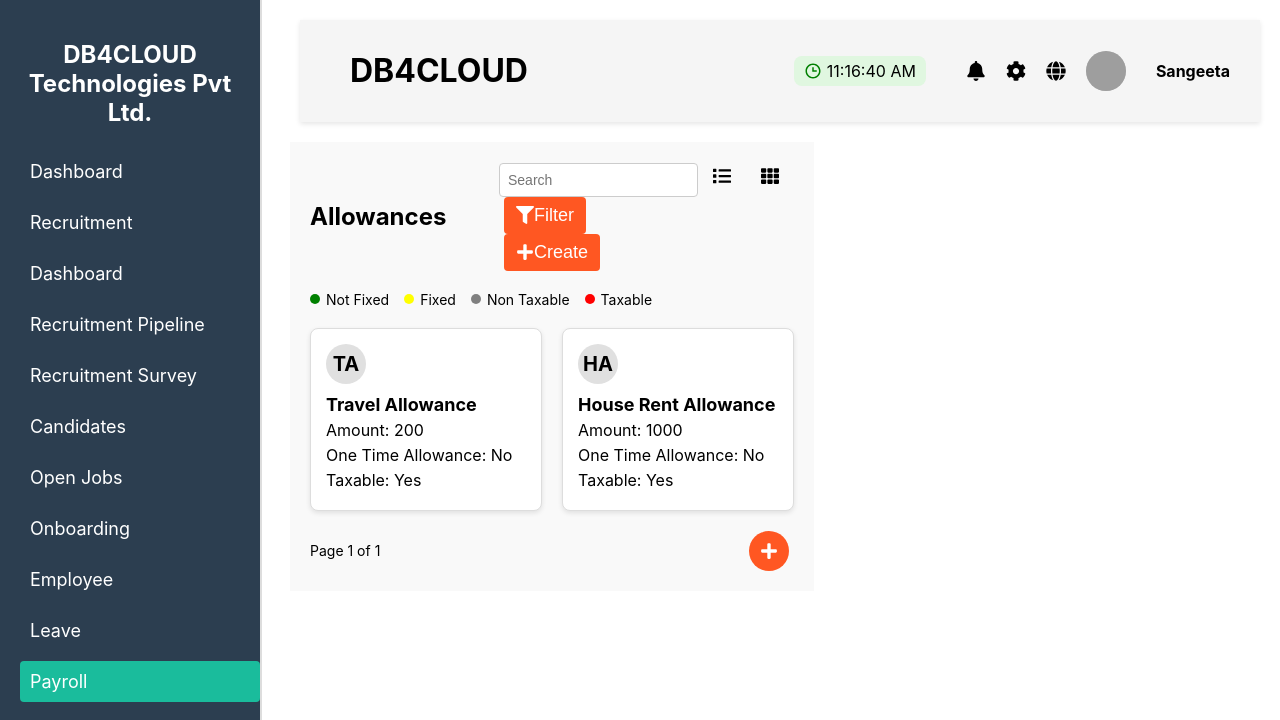
Repository: tinu-ns/Dev-code
Page: /payroll/allowances (app in HRMS-DEMO-Sang/hrms/)
The author's editor kept a copy of each file at every save. The page is drawn from the files as they stood at one save, then again after the next save.
The browser window is 1280 px wide. The pictures show the whole page.
Pictures or frames that could not be fetched are drawn as grey boxes. The project was rebuilt for these pictures with package versions that can differ from the ones it lists, and the page was loaded fresh each time. Also part of the build but not shown: HRMS-DEMO-Sang/hrms/src/components/Dashboard.js, HRMS-DEMO-Sang/hrms/src/components/Recruitment/RecruitmentDashboard.js, HRMS-DEMO-Sang/hrms/src/components/Recruitment/RecruitmentPipeline.js, HRMS-DEMO-Sang/hrms/src/components/Payroll/Contract.js, HRMS-DEMO-Sang/hrms/src/components/Payroll/Deductions.js, HRMS-DEMO-Sang/hrms/src/components/Payroll/Payslips.js, HRMS-DEMO-Sang/hrms/src/components/Payroll/PayrollDashboard.js, HRMS-DEMO-Sang/hrms/src/components/MainContent.css and 3 more.

Above is the page before, as saved 2024-11-06 16:23:11.

### HRMS-DEMO-Sang/hrms/src/App.js
import React from 'react';
import { BrowserRouter as Router, Route, Routes, Navigate } from 'react-router-dom';
import Sidebar from './components/Sidebar';
import Dashboard from './components/Dashboard';
import RecruitmentDashboard from './components/Recruitment/RecruitmentDashboard';
import RecruitmentPipeline from './components/Recruitment/RecruitmentPipeline';
import Allowances from './components/Payroll/Allowances';
import Contract from './components/Payroll/Contract';
import Deductions from './components/Payroll/Deductions';
import Payslips from './components/Payroll/Payslips';
import PayrollDashboard from './components/Payroll/PayrollDashboard';
import Header from './components/Header';
import MainContent from './components/MainContent';
import RightSidebar from './components/RightSidebar';

import './App.css';

function App() {
  return (
    <Router>
      <div className="app">
        <Sidebar />
        <div className="content-container">
          <Header />
          <div className="main-section">
            <Routes>
              {/* Main Dashboard Route */}
              <Route path="/" element={<><MainContent /><RightSidebar /></>} />
              <Route path="/dashboard" element={<Dashboard />} />

              {/* Recruitment Section */}
              <Route path="/recruitment/dashboard" element={<RecruitmentDashboard />} />
              <Route path="/recruitment/pipeline" element={<RecruitmentPipeline />} />

              {/* Payroll Section Routes */}
              <Route path="/payroll/payroll-dashboard" element={<PayrollDashboard />} />
              <Route path="/payroll/allowances" element={<Allowances />} />
              <Route path="/payroll/contract" element={<Contract />} />
              <Route path="/payroll/deductions" element={<Deductions />} />
              <Route path="/payroll/payslips" element={<Payslips />} />

              {/* Redirect unknown routes to main dashboard */}
              <Route path="*" element={<Navigate to="/" />} />
            </Routes>
          </div>
        </div>
      </div>
    </Router>
  );
}

export default App;

### HRMS-DEMO-Sang/hrms/src/components/Sidebar.js
import React, {useState} from "react";
import { NavLink } from "react-router-dom";

import "./Sidebar.css"
const Sidebar = () => {
  const [isPayrollOpen, setIsPayrollOpen] = useState(false);
  const togglePayrollMenu = () => {
    setIsPayrollOpen(!isPayrollOpen);
  };


  return (
    <div className="container">
    <div className="sidebar">
      <h2>DB4CLOUD Technologies Pvt Ltd.</h2>
      <ul className="sidebar-list">
      <li>
          <NavLink to="/dashboard" activeClassName="active">
            Dashboard
          </NavLink>
        </li>
        <li>
          <NavLink to="/recruitment" activeClassName="active">
            Recruitment
          </NavLink>
          <ul>
            <li><NavLink to="/recruitment/dashboard">Dashboard</NavLink></li>
            <li><NavLink to="/recruitment/pipeline">Recruitment Pipeline</NavLink></li>
            <li><NavLink to="/recruitment/survey">Recruitment Survey</NavLink></li>
            <li><NavLink to="/recruitment/candidates">Candidates</NavLink></li>
            <li><NavLink to="/recruitment/open-jobs">Open Jobs</NavLink></li>
          </ul>
        </li>
        {/* Add more items as needed */}
        <li>
          <NavLink to="/onboarding" activeClassName="active">
            Onboarding
          </NavLink>
        </li>
        <li>
          <NavLink to="/employee" activeClassName="active">
            Employee
          </NavLink>
        </li>
        <li>
          <NavLink to="/leave" activeClassName="active">
            Leave
          </NavLink>
        </li>
            {/* Payroll section */}
        <li>
          <NavLink to="/payroll" activeClassName="active" className="menu-toggle" onClick={togglePayrollMenu}>
            Payroll
          </NavLink>

          {isPayrollOpen && (
            <ul className="submenu">
              <li><NavLink to="/payroll/payroll-dashboard">Dashboard</NavLink></li>
              <li><NavLink to="/payroll/allowances">Allowances</NavLink></li>
              <li><NavLink to="/payroll/contract">Contracts</NavLink></li>
              <li><NavLink to="/payroll/deductions">Deductions</NavLink></li>
              <li><NavLink to="/payroll/payslips">Payslips</NavLink></li>
              <li><NavLink to="/payroll/payroll">Payroll</NavLink></li>
              <li><NavLink to="/payroll/loan-advance-salary">Loan / Advance Salary</NavLink></li>
              <li><NavLink to="/payroll/encashments-reimbursements">Encashments & Reimbursements</NavLink></li>
              <li><NavLink to="/payroll/federal-tax">Federal Tax</NavLink></li>
            </ul>
          )}
        </li>
        <li>
          <NavLink to="/performance" activeClassName="active">
            Performance
          </NavLink>
        </li>
        <li>
          <NavLink to="/offboarding" activeClassName="active">
            Offboarding
          </NavLink>
        </li>
        <li>
          <NavLink to="/assets" activeClassName="active">
            Assets
          </NavLink>
        </li>
        <li>
          <NavLink to="/help-desk" activeClassName="active">
            Help Desk
          </NavLink>
        </li>
        <li>
          <NavLink to="/configuration" activeClassName="active">
            Configuration
          </NavLink>
        </li>
      </ul>
    </div>

    </div>
  );
};

export default Sidebar;

### HRMS-DEMO-Sang/hrms/src/components/Header.js
import React, {useState,useEffect} from 'react'
import {FaBell, FaCog, FaGlobe, FaSignOutAlt} from 'react-icons/fa'
import {BiTime} from 'react-icons/bi'
import './Header.css'

const Header = () => {
    const [currentTime, setCurrentTime] = useState('')
    const [showDropdown, setShowDropdown] = useState(false);

    const getCurrentTime = () => {
        const now = new Date()
        return now.toLocaleTimeString()   // Returns time as HH:MM:SS
    }

// Update time every second
useEffect(() => {
    const timer = setInterval(() => {
      setCurrentTime(getCurrentTime());
    }, 1000); // Update every 1000ms (1 second)

    // Cleanup interval on component unmount
    return () => clearInterval(timer);
  }, []); // Empty dependency array to run only on mount/unmount


    const toggleDropdown = () => {
        setShowDropdown(!showDropdown)
    }


  return (
    <header className='bg-container'>
      <div className='header'>
        <div className="header-left">
        <button className='menu-button'></button>
        <h1>DB4CLOUD</h1>
        </div>

        <div className="header-right">
          {/*  <p>You cannot mark attendence from this network</p> */}

                {/* Time display*/ }
                <div className="time-box">
                    <BiTime className='time-icon' />
                    <span>{currentTime}</span>
                </div>

                {/*Icons for notificatins, settings, etc. */}
                <FaBell className='icon' title='Notifications' />
                <FaCog className="icon" title="Settings" />
                <FaGlobe className='icon' title='Language' />

                {/* User Profile with dropdown*/ }

                <div className="user-profile" onClick={toggleDropdown}>
                    <div className="user-avatar">
                    < img src="https://th.bing.com/th/id/OIP.Pgv1PargHCECE7gCB5kJ-wHaKx?rs=1&pid=ImgDetMain"
                alt="user-Avatar" className="avatar" />
                    </div>
                    <span className="user-name">Sangeeta</span>

{showDropdown && (
    <div className="dropdown">
        <ul>
            <li>Profile</li>
            <li>Setting</li>
            <li>
                <FaSignOutAlt /> Logout
            </li>
        </ul>
    </div>
)}

</div>

     {  /*      <div className="user-info">
                <span className='user-name'>Shalu</span>
                < img src="https://th.bing.com/th/id/OIP.Pgv1PargHCECE7gCB5kJ-wHaKx?rs=1&pid=ImgDetMain"
                alt="user-Avatar" className="avatar" />
            </div>
            */ }
        </div>


      </div>

    </header>
  )
}

export default Header

### HRMS-DEMO-Sang/hrms/src/App.css
.app{
  display: flex;
  height: 100vh;
  background-color: #f4f4f4;
}

.content-container{
  flex-grow: 1;
  padding: 20px;
  background-color: #fff;
  margin-left: 200px;
  display: flex;
  flex-direction: column;

}

.main-section{
  display: flex;
  justify-content: space-between;
  padding: 20px;
}


.sidebar {
  width: 220px;
  background-color: #2c3e50;
  position: fixed;
  height: 100vh;
}

### HRMS-DEMO-Sang/hrms/src/components/Sidebar.css
 .container{
    display: flex;
    height: 100vh;
    margin-right: 50px;
}

/*
.content{
    flex-grow: 1;
    padding: 20px;
    padding-left: 50px;

}  */

.sidebar {
    width: 220px;
    height: 100vh;
    background-color: #503f2c;
    padding: 20px;
    color: white;
    height: 100vh;
    position: fixed;
    border-right: 2px solid #ddd;
    overflow-y: auto;        /* Allows vertical scrolling */
    position: fixed;
    margin-right: 200px;        /* Keeps sidebar fixed on the left side */

  }



  .sidebar h2{
    text-align: center;
    margin-bottom: 30px;
    font-size: 24px;
  }

  .sidebar-list{
    list-style-type: none;
    padding: 0;
  }


  .sidebar-list li{
    margin-bottom: 15px;
  }

  .sidebar-list li a {
    color: white;
    text-decoration: none;
    font-size: 18px;
    padding: 10px;
    border-radius: 4px;
    display: block;
  }

  .sidebar-list li a:hover{
    color: #1abc9c;
  }

  .sidebar-list li a.active{
    background-color: #1abc9c;
    color: white;
  }

  .sidebar {
    width: 250px;
    background-color: #2E3A46;
    color: #FFF;
    padding: 20px;
    height: 100vh;
  }

  .sidebar h2 {
    font-size: 1.5em;
    margin-bottom: 1em;
  }

  .sidebar ul {
    list-style: none;
    padding: 0;
  }

  .sidebar li {
    margin: 10px 0;
  }

  .sidebar li ul {
    margin-top: 5px;
  }

  .sidebar a {
    color: #FFF;
    text-decoration: none;
  }

  .sidebar a:hover {
    text-decoration: underline;
  }

  .sidebar a.active {
    color: #20c997;
  }

  .sidebar ul li a:hover, .menu-toggle:hover {
    background-color: #34495e;
  }

  .menu-toggle {
    background: none;
    border: none;
    color: #ecf0f1;
    font-size: 1rem;
    text-align: left;
    cursor: pointer;
    width: 100%;
    padding: 10px;
  }

  .submenu {
    list-style-type: none;
    padding-left: 20px;
  }

  .submenu li a {
    padding-left: 20px;
    font-size: 0.9rem;
  }

### HRMS-DEMO-Sang/hrms/src/components/Recruitment/RecruitmentPipeline.css
.pipeline-container {
    padding: 20px;
    background-color: #f5f5f5;
    border-radius: 8px;
  }

  .pipeline-section {
    margin-top: 20px;
  }

  .pipeline-section h3 {
    background-color: #f8f9fa;
    padding: 10px;
    border-left: 5px solid #ffa500;
  }

  .recruitment-table {
    width: 100%;
    border-collapse: collapse;
  }

  .recruitment-table th,
  .recruitment-table td {
    padding: 10px;
    border-bottom: 1px solid #ddd;
    text-align: left;
  }

  .recruitment-table th {
    background-color: #f1f1f1;
  }

  button {
    padding: 5px 10px;
    margin: 0 5px;
    border: none;
    border-radius: 4px;
    cursor: pointer;
  }

  button:hover {
    background-color: #ddd;
  }

### HRMS-DEMO-Sang/hrms/src/components/Payroll/Allowances.css
/* Overall container */
.allowances-container {
    padding: 20px;
    background-color: #f9f9f9;
  }

  /* Header Styling */
  .allowances-header {
    display: flex;
    justify-content: space-between;
    align-items: center;
    margin-bottom: 20px;
  }

  .allowances-header h2 {
    margin: 0;
    font-size: 24px;
    font-weight: bold;
  }

  /* Controls inside header */
  .header-controls {
    display: flex;
    align-items: center;
    gap: 15px;
  }

  .search-input {
    padding: 8px;
    border: 1px solid #ccc;
    border-radius: 4px;
    font-size: 14px;
  }

  .view-toggle,
  .filter-btn,
  .create-btn {
    background: none;
    border: none;
    font-size: 18px;
    cursor: pointer;
  }

  .filter-btn,
  .create-btn {
    display: flex;
    align-items: center;
    padding: 8px 12px;
    background-color: #ff5722;
    color: white;
    border-radius: 4px;
    cursor: pointer;
  }

  /* Status indicators (dots) */
  .status-indicators {
    display: flex;
    gap: 15px;
    font-size: 14px;
    margin-top: 10px;
    margin-bottom: 20px;
  }

  .dot {
    display: inline-flex;
    align-items: center;
  }

  .dot::before {
    content: '';
    display: inline-block;
    width: 10px;
    height: 10px;
    margin-right: 6px;
    border-radius: 50%;
  }

  .not-fixed::before {
    background-color: green;
  }

  .fixed::before {
    background-color: yellow;
  }

  .non-taxable::before {
    background-color: gray;
  }

  .taxable::before {
    background-color: red;
  }

  /* Card view and table view */
  .card-view {
    display: flex;
    gap: 20px;
    flex-wrap: wrap;
  }

  .allowance-card {
    background: white;
    border: 1px solid #ddd;
    border-radius: 8px;
    padding: 15px;
    width: 200px;
    box-shadow: 0 2px 5px rgba(0, 0, 0, 0.1);
  }

  .card-icon {
    font-size: 20px;
    font-weight: bold;
    background: #e0e0e0;
    width: 40px;
    height: 40px;
    display: flex;
    align-items: center;
    justify-content: center;
    border-radius: 50%;
    margin-bottom: 10px;
  }

  .card-content h3 {
    margin: 0;
    font-size: 18px;
  }

  .card-content p {
    margin: 5px 0;
  }

  /* Table styling */
  .list-view {
    background: white;
    border-radius: 8px;
    overflow: hidden;
    box-shadow: 0 2px 5px rgba(0, 0, 0, 0.1);
  }

  table {
    width: 100%;
    border-collapse: collapse;
  }

  table th,
  table td {
    padding: 12px;
    text-align: left;
    border-bottom: 1px solid #ddd;
  }

  /* Button styles */
  .edit-btn,
  .delete-btn {
    background: none;
    border: none;
    cursor: pointer;
    font-size: 16px;
    margin-right: 8px;
  }

  .edit-btn {
    color: #007bff;
  }

  .delete-btn {
    color: #ff5722;
  }

  /* Footer styling */
  .footer {
    display: flex;
    justify-content: space-between;
    align-items: center;
    padding-top: 20px;
  }

  .footer span {
    font-size: 14px;
  }

  .add-btn {
    background-color: #ff5722;
    color: white;
    font-size: 18px;
    width: 40px;
    height: 40px;
    border: none;
    border-radius: 50%;
    display: flex;
    align-items: center;
    justify-content: center;
    cursor: pointer;
  }

### HRMS-DEMO-Sang/hrms/src/components/Payroll/PayrollDashboard.css
/* PayrollDashboard.css */
.payroll-dashboard {
  padding: 20px;
}

.status-containers {
  display: flex;
  justify-content: space-between;
  margin-bottom: 20px;
}

.status-container {
  background-color: #f0f0f0;
  border: 1px solid #ccc;
  padding: 10px;
  text-align: center;
  width: 18%;
}

.paid {
  background-color: #d4edda;
}
.confirmed {
  background-color: #cce5ff;
}
.review {
  background-color: #fff3cd;
}
.draft {
  background-color: #f8d7da;
}


.export-buttons {
  display: flex;
  gap: 10px;
  padding: 10px;
  text-align: center;
  cursor: pointer;
  width: 100px;


}

.export{
    color: #28a745;
    font-size: 15px;
    padding: 10px 15px;
    font-weight: 700;
    cursor: pointer;
    font-size: 15px;
    background-color:  #e3e8eb;
    border-radius: 5px;
    border: none;
}

.export:hover {
    background-color: rgb(152, 225, 152);
  }

.export-form {
  margin-top: 20px;
  border: 1px solid #ccc;
  padding: 20px;
  background-color: #f9f9f9;
  border: 1px solid #ccc;
  border-radius: 5px;
  width: 40%;
  display: flex;
  flex-direction: column;
  box-shadow: 0px 4px 8px rgba(0, 0, 0, 0.1);
}

.form-row {
    display: flex;
    gap: 20px;
    margin-bottom: 10px;
  }

  .form-group {
    display: flex;
    flex-direction: column;
    flex: 1;
  }

  .form-group label {
    margin-bottom: 5px;
    font-size: 14px;
    color: #333;
    font-weight: bold;
  }

.export-form label {
  display: block;
  margin-bottom: 10px;
}

.export-form input,
.export-form select {
    padding: 8px;
  border: 1px solid #ccc;
  border-radius: 5px;
}

.export-form button {
  margin-top: 10px;
  padding: 10px;
  background-color: #28a745;
  color: white;
  border: none;
  cursor: pointer;
}

.submit-button:hover {
    background-color: #218838;
  }

.status {
  display: flex;
  justify-content: space-around;
  gap: 20px;
}

.status-item {
  background-color: #f5f5f5;
  padding: 20px;
  width: 200px;
  text-align: center;
  border-radius: 8px;
  margin-bottom: 20px;
  box-shadow: 0px 4px 8px rgba(0, 0, 0, 0.1);
  border-top: 1px solid green;
}

.row-container {
  display: flex;
  align-items: center;
  justify-content: space-between; /* Space between calendar and export button */
  margin-bottom: 20px;
  background-color: #d4edda;
  text-align: center;
  align-self: center;


}

.calendar-container {
    margin-bottom: 20px;
  }


.date-selector {
  display: flex;
  flex-direction: row;
  padding: 10px;
}

.date-selector label {
  font-size: 14px;
  margin-bottom: 5px;
  margin-right: 10px;
  color: rgb(121, 5, 5);
  font-weight: bold;
  text-align: center;
}

.date-selector input[type="month"] {
  padding: 5px;
  border: 1px solid #ccc;
  border-radius: 5px;
  box-shadow: 0px 4px 8px rgba(0, 0, 0, 0.1);
}

.dashboard-content {
  display: grid;
  grid-template-columns: 1fr 1fr;
  gap: 20px;
}

.employee-payslips,
.contributions,
.contracts-ending,
.department-chart {
  background-color: #ffffff;
  border: 1px solid #e0e0e0;
  border-radius: 8px;
  padding: 20px;
}

.employee-payslips h3,
.contributions h3,
.contracts-ending h3,
.department-chart h3 {
  font-size: 16px;
  color: #333333;
  margin-bottom: 10px;
  text-align: center;
  padding-bottom: 10px;
}

.payslip-chart,
.chart-placeholder {
  height: 200px;
  background-color: hsl(335, 23%, 90%);
  border-radius: 8px;
  display: flex;
  align-items: center;
  justify-content: center;
}


.payslip-chart {
    height: 300px;
    border-radius: 8px;
    display: flex;
    align-items: center;
    justify-content: center;
    padding: 10px;
  }

  .contributions {
    margin-top: 20px;
  }


.employee-dropdown {
  width: 100%;
  padding: 8px;
  margin-bottom: 20px;
  border: 1px solid #ccc;
  border-radius: 5px;
}

table {
  width: 100%;
  border-collapse: collapse;
  margin-top: 10px;
}

th,
td {
  padding: 8px;
  text-align: left;
  border-bottom: 1px solid #ddd;
}

.avatar {
    display: inline-flex;
    align-items: center;
    justify-content: center;
    width: 30px;
    height: 30px;
    border-radius: 50%;
    background-color: #007bff;
    color: white;
    font-weight: bold;
    margin-right: 8px;
    font-size: 14px;
}

.no-contracts {
  text-align: center;
  color: #777;
  font-style: italic;
}

.department-chart {
    background-color: #ffffff;
    border: 1px solid #e0e0e0;
    border-radius: 8px;
    padding: 20px;
    text-align: center;
  }

  .department-chart h3 {
    font-size: 16px;
    color: #333333;
    margin-bottom: 10px;
  }

  .department-chart canvas {
    max-width: 300px; /* Adjust size if needed */
    margin: 0 auto;
  }

  .contracts-ending {
    background-color: #ffffff;
    border: 1px solid #e0e0e0;
    border-radius: 8px;
    padding: 20px;
    box-shadow: 0px 4px 8px rgba(0, 0, 0, 0.1);
    margin-bottom: 20px;
  }

  .contracts-header {
    display: flex;
    flex-direction: column;
    align-items: flex-start;
    margin-bottom: 15px;
  }

  .contracts-header h3 {
    font-size: 16px;
    color: #333333;
    margin: 0;
  }

  .contract-count {
    color: #888;
    font-size: 14px;
  }

  .contract-list {
    display: flex;
    flex-direction: column;
    gap: 10px;
  }

  .contract-item {
    display: flex;
    align-items: center;
    gap: 10px;
    padding: 10px;
    background-color: #f5f5f5;
    border-radius: 6px;
    transition: background-color 0.3s ease;
  }

  .contract-item:hover {
    background-color: #e8f8ff;
  }

  .contract-circle {
    width: 40px;
    height: 40px;
    background-color: #007bff;
    color: #ffffff;
    font-weight: bold;
    display: flex;
    align-items: center;
    justify-content: center;
    border-radius: 50%;
    font-size: 14px;
  }

  .contract-details {
    display: flex;
    flex-direction: column;
  }

  .employee-name {
    font-weight: 600;
    color: #333;
  }

  .contract-date {
    font-size: 13px;
    color: #555;
  }

### HRMS-DEMO-Sang/hrms/src/components/Header.css
.bg-container{
  padding-left: 30px;

}

.header {
    background-color: #f5f5f5;
    padding: 10px 20px;
    display: flex;
    justify-content: space-between;
    align-items: center;
    box-shadow: 0px 2px 5px rgba(0, 0, 0, 0.1);
  }

  .header-left {
    display: flex;
    align-items: center;
  }

  .menu-button {
    font-size: 24px;
    background: none;
    border: none;
    cursor: pointer;
  }

  .h1{
    margin-left: 15px;
    font-size: 24px;
    color: red! important ;
  }

  .header-right{
    display: flex;
    align-items: center;
  }

  .icon{
    margin-left: 20px;
    font-size: 20px;
    cursor: pointer;
  }

  .time-box {
    display: flex;
    align-items: center;
    background-color: #e0f7e0;
    padding: 5px 10px;
    border-radius: 8px;
    margin-right: 20px;
  }

  .time-icon {
    margin-right: 5px;
    font-size: 18px;
    color: green;
  }

  .user-profile{
    display: flex;
    align-items: center;
    cursor: pointer;
    position: relative;
  }

  .user-avatar{
    padding: 20px;
  }

  .avatar{
    width: 40px;
    height: 40px;
    background-color: #d4d4d4;
    border-radius: 50%;
    display: flex;
    justify-content: center;
    align-items: center;
    font-size: 18px;
    color: white;
    margin-right: 10px;

  }

  .user-name{
    font-weight: bold;
  }

  .dropdown{
    position: absolute;
    top: 50px;
    right: 0;
    background-color: #fff;
    box-shadow: 0px 2px 8px rgba(0, 0, 0, 0.1);
    border-radius: 5px;
    z-index: 100;
  }

  .dropdown ul {
    list-style-type: none;
    padding: 10px;
    margin: 0;
  }

  .dropdown ul li {
    padding: 10px 15px;
    cursor: pointer;
  }

  .dropdown ul li:hover {
    background-color: #f5f5f5;
  }

  .user-info {
    display: flex;
    align-items: center;
  }

  .user-name {
    margin-right: 10px;
  }

Loaded but not shown: HRMS-DEMO-Sang/hrms/public/index.html (common file); HRMS-DEMO-Sang/hrms/src/index.js (common file); HRMS-DEMO-Sang/hrms/src/index.css (common file); HRMS-DEMO-Sang/hrms/src/reportWebVitals.js (common file); HRMS-DEMO-Sang/hrms/src/components/Payroll/Allowances.js (129 lines, source omitted)

After the next save:
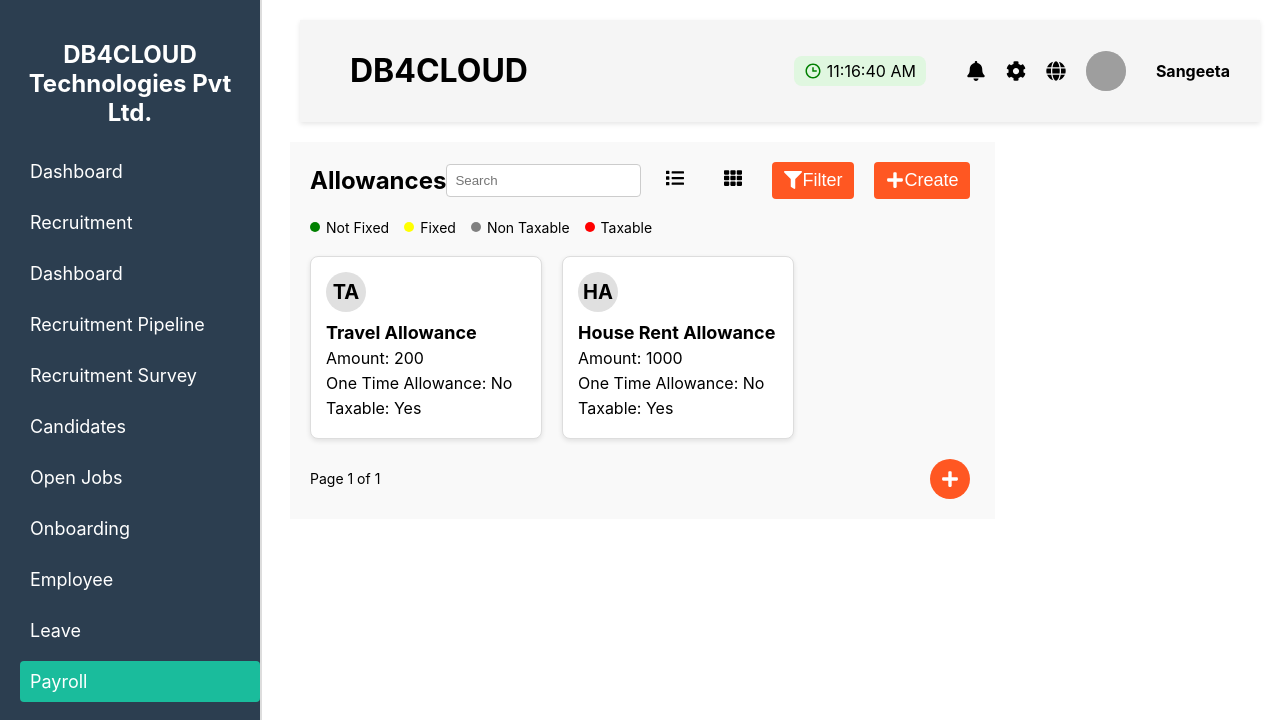
Saved 27 s later.
--- a/HRMS-DEMO-Sang/hrms/src/components/Payroll/Allowances.css
+++ b/HRMS-DEMO-Sang/hrms/src/components/Payroll/Allowances.css
@@ -1,10 +1,8 @@
-/* Overall container */
 .allowances-container {
     padding: 20px;
     background-color: #f9f9f9;
   }
 
-  /* Header Styling */
   .allowances-header {
     display: flex;
     justify-content: space-between;
@@ -15,34 +13,28 @@
   .allowances-header h2 {
     margin: 0;
     font-size: 24px;
-    font-weight: bold;
   }
 
-  /* Controls inside header */
-  .header-controls {
+  .controls {
     display: flex;
     align-items: center;
-    gap: 15px;
+    gap: 10px;
   }
 
   .search-input {
     padding: 8px;
     border: 1px solid #ccc;
     border-radius: 4px;
-    font-size: 14px;
   }
 
-  .view-toggle,
-  .filter-btn,
-  .create-btn {
+  .view-toggle, .filter-btn, .create-btn {
     background: none;
     border: none;
     font-size: 18px;
     cursor: pointer;
   }
 
-  .filter-btn,
-  .create-btn {
+  .filter-btn, .create-btn {
     display: flex;
     align-items: center;
     padding: 8px 12px;
@@ -52,7 +44,6 @@
     cursor: pointer;
   }
 
-  /* Status indicators (dots) */
   .status-indicators {
     display: flex;
     gap: 15px;
@@ -91,7 +82,6 @@
     background-color: red;
   }
 
-  /* Card view and table view */
   .card-view {
     display: flex;
     gap: 20px;
@@ -129,7 +119,6 @@
     margin: 5px 0;
   }
 
-  /* Table styling */
   .list-view {
     background: white;
     border-radius: 8px;
@@ -142,16 +131,13 @@
     border-collapse: collapse;
   }
 
-  table th,
-  table td {
+  table th, table td {
     padding: 12px;
     text-align: left;
     border-bottom: 1px solid #ddd;
   }
 
-  /* Button styles */
-  .edit-btn,
-  .delete-btn {
+  .edit-btn, .delete-btn {
     background: none;
     border: none;
     cursor: pointer;
@@ -167,7 +153,6 @@
     color: #ff5722;
   }
 
-  /* Footer styling */
   .footer {
     display: flex;
     justify-content: space-between;
